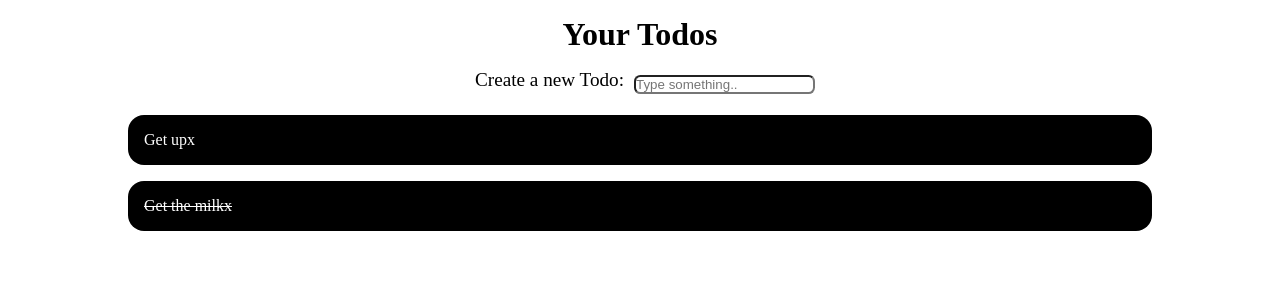
Repository: Heeeeeppo/todo-list
Page: / (app in frontend/)
The author's editor kept a copy of each file at every save. The page is drawn from the files as they stood at one save, then again after the next save.
The browser window is 1280 px wide. The pictures show the whole page.
The project was rebuilt for these pictures with package versions that can differ from the ones it lists, and the page was loaded fresh each time.

Above is the page before, as saved 2023-11-07 19:37:48.

After the next save:
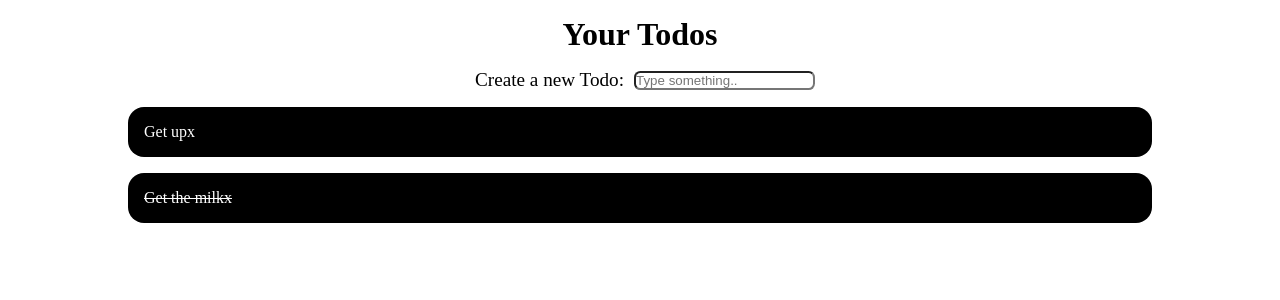
Saved 21 s later.
--- a/frontend/src/index.css
+++ b/frontend/src/index.css
@@ -25,7 +25,6 @@ h1 {
 label {
   font-size: 1.2rem;
   margin: 0 10px;
-  height: 30px;
   text-align: center;
 }
 
